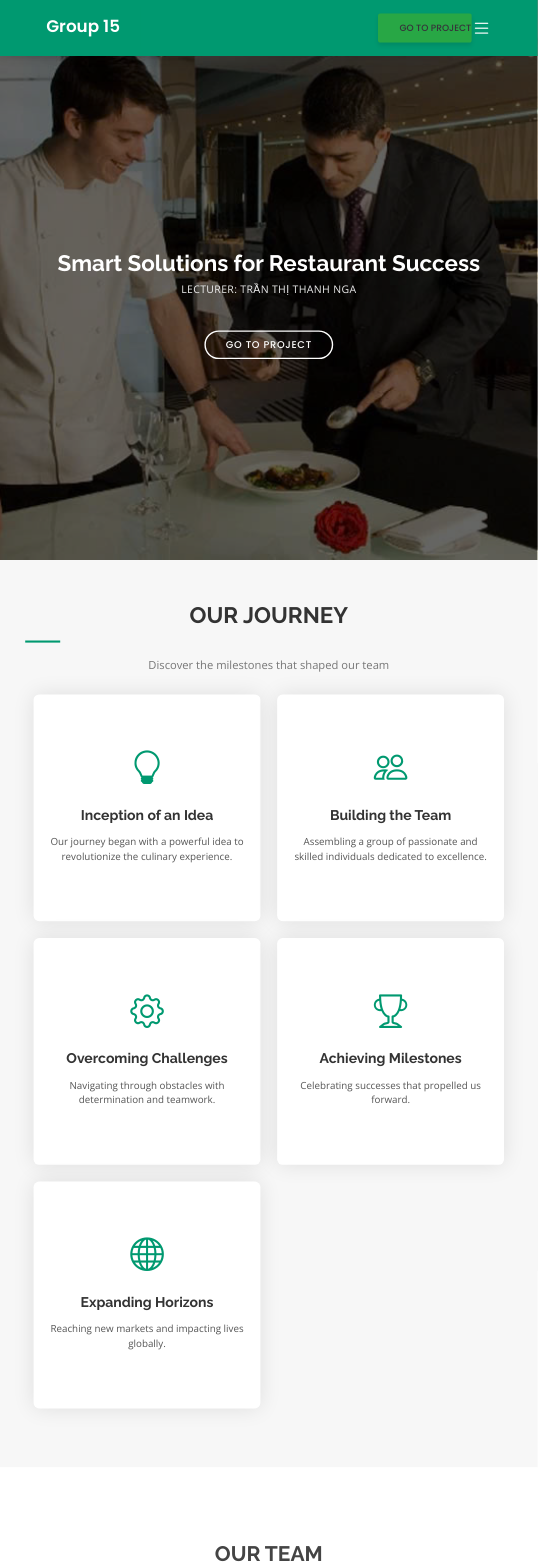
Repository: HoangKhangKhuPho4/Group_Web
Page: index.html
The author's editor kept a copy of each file at every save. The page is drawn from the files as they stood at one save, then again after the next save.
The browser window is 768 px wide. The pictures show the part of the page from y = 0 to 2240 px (the page is 3893 px tall), at 70% of full size.

Above is the page before, as saved 2024-12-06 15:08:06.

After the next save:
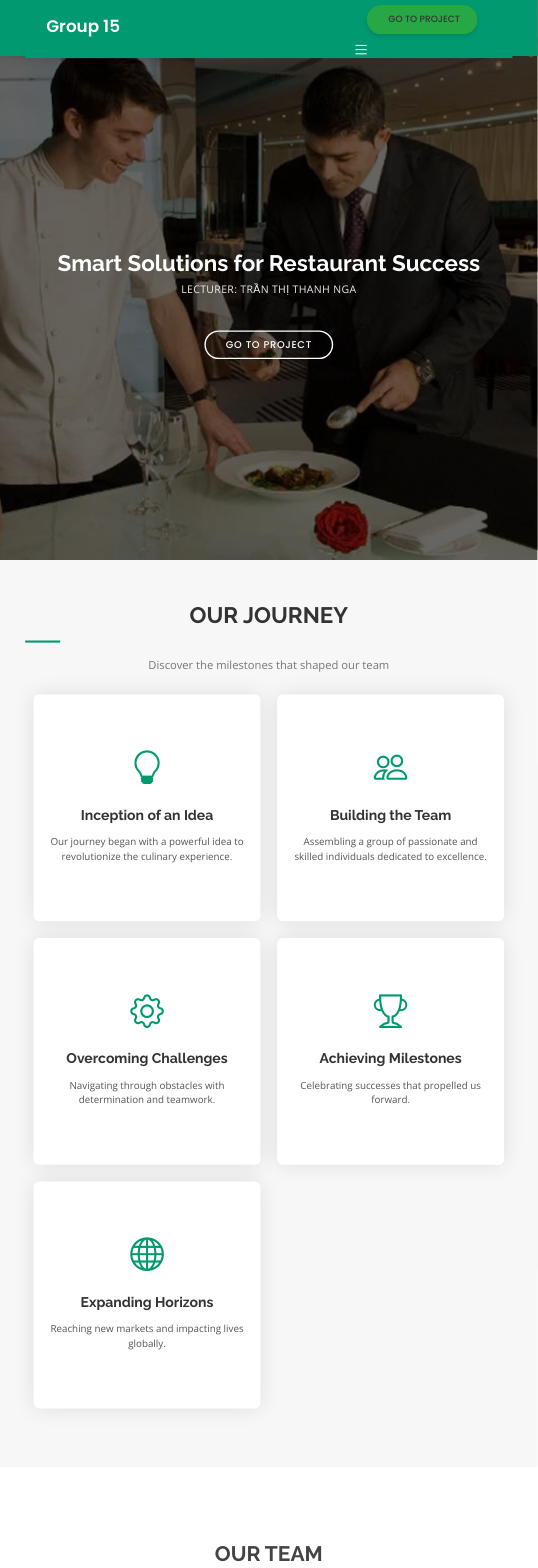
Saved 13 s later.
--- a/index.html
+++ b/index.html
@@ -64,24 +64,93 @@
 
     <!-- Custom CSS -->
     <style>
-      .btn-green {
-        background-color: #28a745; /* Màu xanh lá cây tương tự logo */
-        color: #fff;
-        padding: 8px 16px;
-        border-radius: 4px;
-        text-decoration: none;
-        font-weight: bold;
-        margin-left: 15px; /* Khoảng cách từ các liên kết navigation */
-        transition: background-color 0.3s ease, transform 0.3s ease;
-        box-shadow: 0 4px 6px rgba(0, 0, 0, 0.1);
-      }
-
-      .btn-green:hover {
-        background-color: #218838; /* Màu xanh lá cây đậm hơn khi hover */
-        color: #fff;
-        text-decoration: none;
-        transform: translateY(-2px);
-      }
+     /* Định dạng nút "Go To Project" */
+.btn-green {
+  background-color: #28a745; /* Màu xanh lá cây tương tự logo */
+  color: #fff;
+  padding: 10px 20px;
+  border-radius: 25px; /* Bo tròn góc nút */
+  text-decoration: none;
+  font-weight: bold;
+  margin-left: 20px; /* Khoảng cách từ các liên kết navigation */
+  transition: background-color 0.3s ease, transform 0.3s ease;
+  box-shadow: 0 4px 6px rgba(0, 0, 0, 0.1);
+  display: inline-block;
+}
+
+.btn-green:hover {
+  background-color: #218838; /* Màu xanh lá cây đậm hơn khi hover */
+  color: #fff;
+  transform: translateY(-2px); /* Hiệu ứng nâng nút lên khi hover */
+  text-decoration: none;
+}
+
+/* Đảm bảo nút không bị ảnh hưởng bởi flex của navbar */
+.navbar {
+  display: flex;
+  align-items: center;
+  justify-content: space-between; /* Phân bố không gian giữa ul và nút */
+}
+
+/* Điều chỉnh danh sách ul trong navbar */
+.navbar ul {
+  display: flex;
+  list-style: none;
+  margin: 0;
+  padding: 0;
+}
+
+.navbar ul li {
+  margin-right: 20px;
+}
+
+.navbar ul li a {
+  color: #fff; /* Màu chữ các liên kết navigation */
+  padding: 8px 12px;
+  border-radius: 4px;
+  transition: background-color 0.3s ease;
+}
+
+.navbar ul li a:hover,
+.navbar ul li a.active {
+  background-color: rgba(255, 255, 255, 0.2); /* Màu nền khi hover và active */
+  color: #fff;
+}
+
+/* Responsive Design: Điều chỉnh cho các màn hình nhỏ hơn */
+@media (max-width: 768px) {
+  .navbar ul {
+    flex-direction: column;
+    background-color: #343a40; /* Màu nền cho menu mobile */
+    position: absolute;
+    top: 60px;
+    left: 0;
+    width: 100%;
+    display: none; /* Ẩn menu mặc định */
+  }
+
+  .navbar ul.active {
+    display: flex; /* Hiển thị menu khi active */
+  }
+
+  .navbar ul li {
+    margin: 10px 0;
+  }
+
+  .btn-green {
+    margin: 10px 20px; /* Khoảng cách trên mobile */
+    width: calc(100% - 40px); /* Độ rộng nút trên mobile */
+    text-align: center;
+  }
+
+  .mobile-nav-toggle {
+    display: block;
+    color: #fff;
+    font-size: 24px;
+    cursor: pointer;
+  }
+}
+
     </style>
 
   </head>
